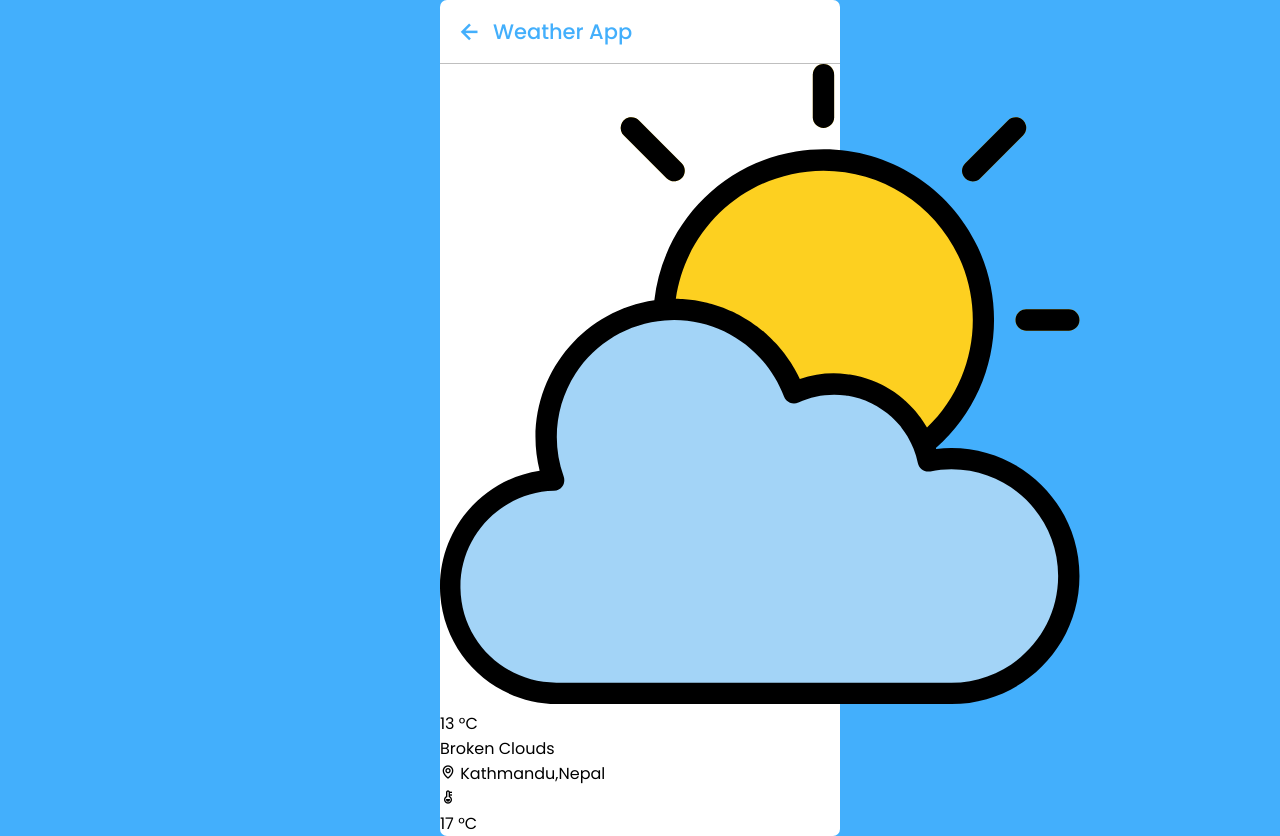
Repository: long13820/Weather-App-HTML-CSS-Javascript
Page: index.html
The author's editor kept a copy of each file at every save. The page is drawn from the files as they stood at one save, then again after a run of saves.
The browser window is 1280 px wide. The pictures show the whole page.

Above is the page before, as saved 2021-09-02 10:32:10.

### index.html
<!DOCTYPE html>
<html lang="en">
<head>
    <meta charset="UTF-8">
    <meta http-equiv="X-UA-Compatible" content="IE=edge">
    <meta name="viewport" content="width=device-width, initial-scale=1.0">
    <title>Weather App</title>
    <link rel="stylesheet" href="style.css">

    <!--Linking Boxicon For Icon-->
    <link rel="stylesheet" href='https://unpkg.com/boxicons@2.0.9/css/boxicons.min.css' >


</head>
<body>
    <div class="wrapper">
        <header>
            <i class="bx bx-left-arrow-alt"></i>
            Weather App
        </header>
        <section class="input-part">
            <p class="info-txt pending">Please enter a valid city name</p>
            <input type="text" placeholder="Enter city name" spellcheck="false" required>
            <div class="separator"></div>
            <button>Get Device Location</button>
        </section>
        <section class="weather-part">
            <img src="/Weather Icons/cloud.svg" alt="Weather Icon">
            <div class="temp">
                <span class="numb">13</span>
                <span class="deg">°</span>C
            </div>
            <div class="weather">Broken Clouds</div>
            <div class="location">
                <i class="bx bx-map"></i>
                <span>Kathmandu,Nepal</span>
            </div>
            <div class="bottom-details">
                <div class="column feels">
                    <i class="bx bxs-thermometer"></i>
                    <div class="details">
                        <div class="temp">
                            <span class="numb">17</span>
                            <span class="deg">°</span>C
                        </div>
                    </div>
                </div>
            </div>
        </section>
    </div>
</body>
</html>

### style.css
/*Import Google Font - Poppins*/
@import url('https://fonts.googleapis.com/css2?family=Poppins:wght@400;500;600;700&display=swap');
*{
    margin: 0;
    padding: 0;
    box-sizing: border-box;
    font-family: 'Poppins', sans-serif;
}
body{
    display: flex;
    align-items: center;
    justify-content: center;
    min-height: 100vh;
    background: #43AFFC;
}
.wrapper{
    width: 400px;
    border-radius: 7px;
    background: white;
}
.wrapper header{
    color: #43AFFC;
    font-size: 21px;
    font-weight: 500;
    padding: 16px 15px;
    display: flex;
    align-items: center;
    border-bottom: 1px solid #bfbfbf;

}
header i{
    cursor: pointer;
    font-size: 30px;
    margin-right: 8px;
}
.wrapper .input-part{
    display: none;
    margin: 20px 25px 30px;
}
.input-part .info-txt{
    display: none;
    font-size: 17px;
    text-align: center;
    padding: 12px 7px;
    border-radius: 7px;
    margin-bottom: 15px;
}
.info-txt.error{
    display: block;
    color: #721c24;
    background: #f8d7da;
    border: 1px solid #f5c6cb;
}
.info-txt.pending{
    display: block;
    color: #0c5460;
    background: #d1ecf1;
    border: 1px solid #bee5eb;
}
.input-part :where(input, button){
    width: 100%;
    height: 55px;
    border: none;
    outline: none;
    font-size: 18px;
    border-radius: 7px;
}
.input-part input{
    text-align: center;
    border: 1px solid #bfbfbf;
}
.input-part input:is(:focus,:valid){

}
.input-part .separator{
    height: 1px;
    width: 100%;
    margin: 25px 0px;
    background: #ccc;
    display: flex;
    align-items: center;
    justify-content: center;
}
.separator::before{
    content: "or";
    background-color: white;
    font-size: 19px;
    padding: 0px 15px;
    background: #fff;
}
.input-part button{
    color: white;
    cursor: pointer;
    background: #43AFFC;
}

After the next 3 saves:
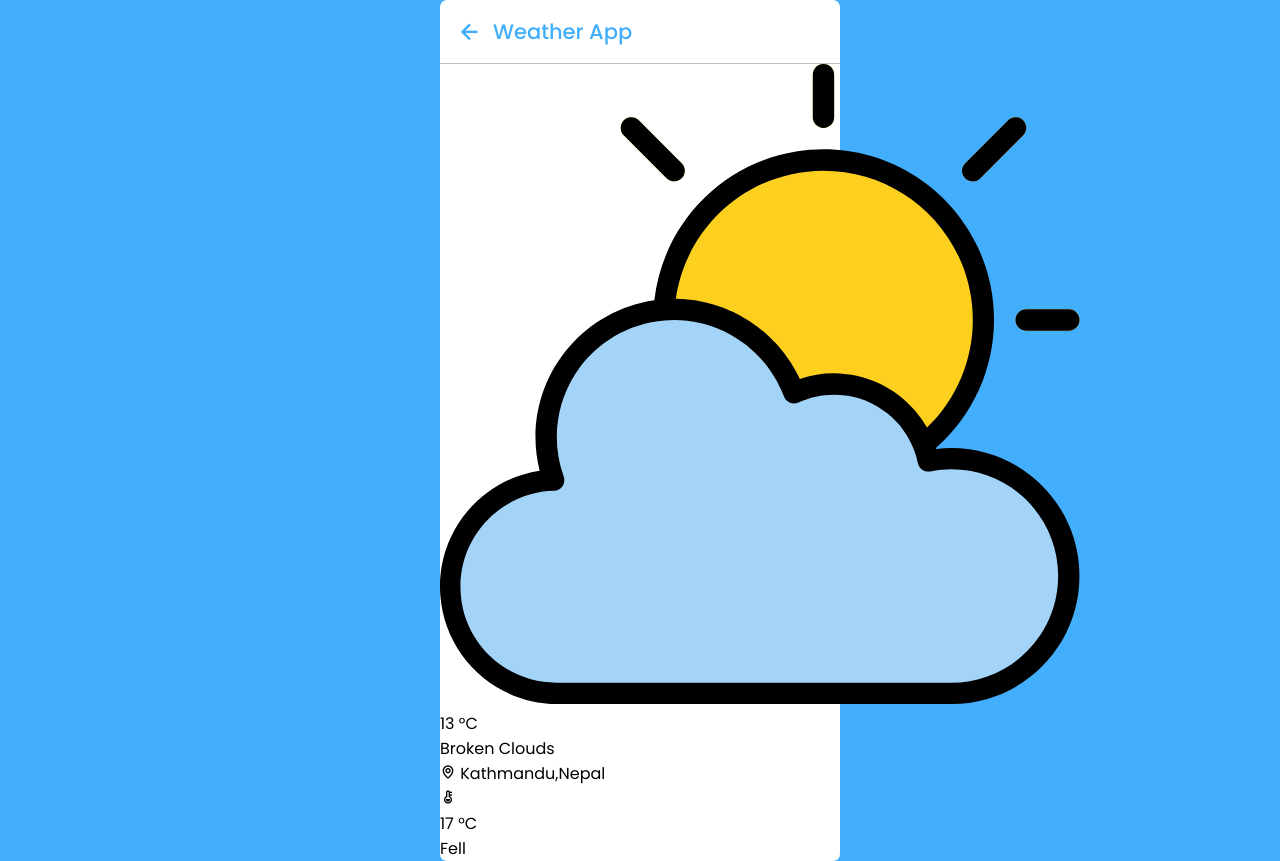
The 3 saves are shown as one change because they came seconds apart.
The last was saved 18 s later.
--- a/index.html
+++ b/index.html
@@ -43,6 +43,7 @@
                             <span class="numb">17</span>
                             <span class="deg">°</span>C
                         </div>
+                        <p>Fell</p>
                     </div>
                 </div>
             </div>
